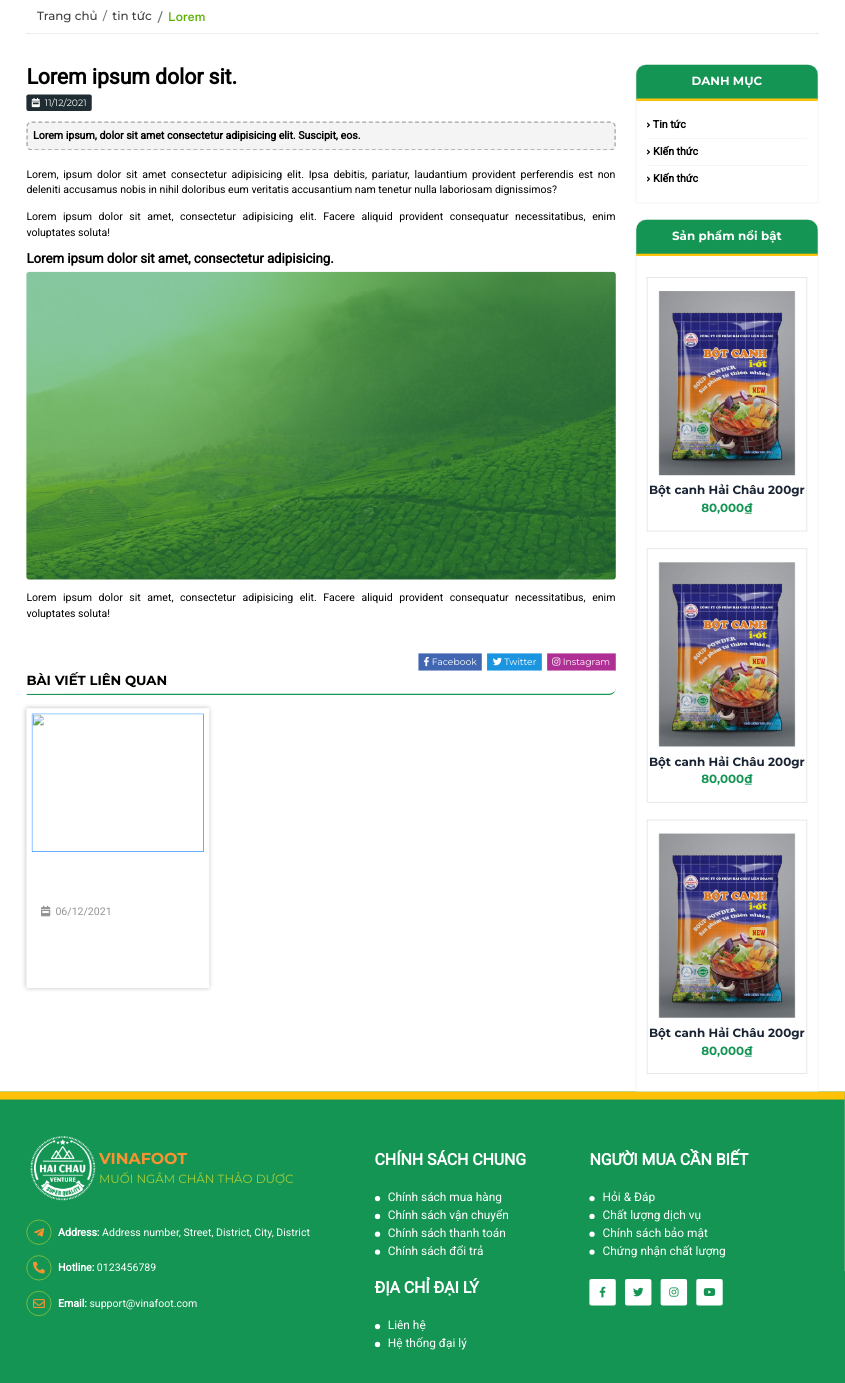
Repository: haianh12082001/VINAFOOT
Page: news-detail.html
The author's editor kept a copy of each file at every save. The page is drawn from the files as they stood at one save, then again after the next save.
The browser window is 1280 px wide. The pictures show the whole page, at 66% of full size.
Some web libraries are served in a nearby version.

Above is the page before, as saved 2021-12-12 20:58:21.

After the next save:
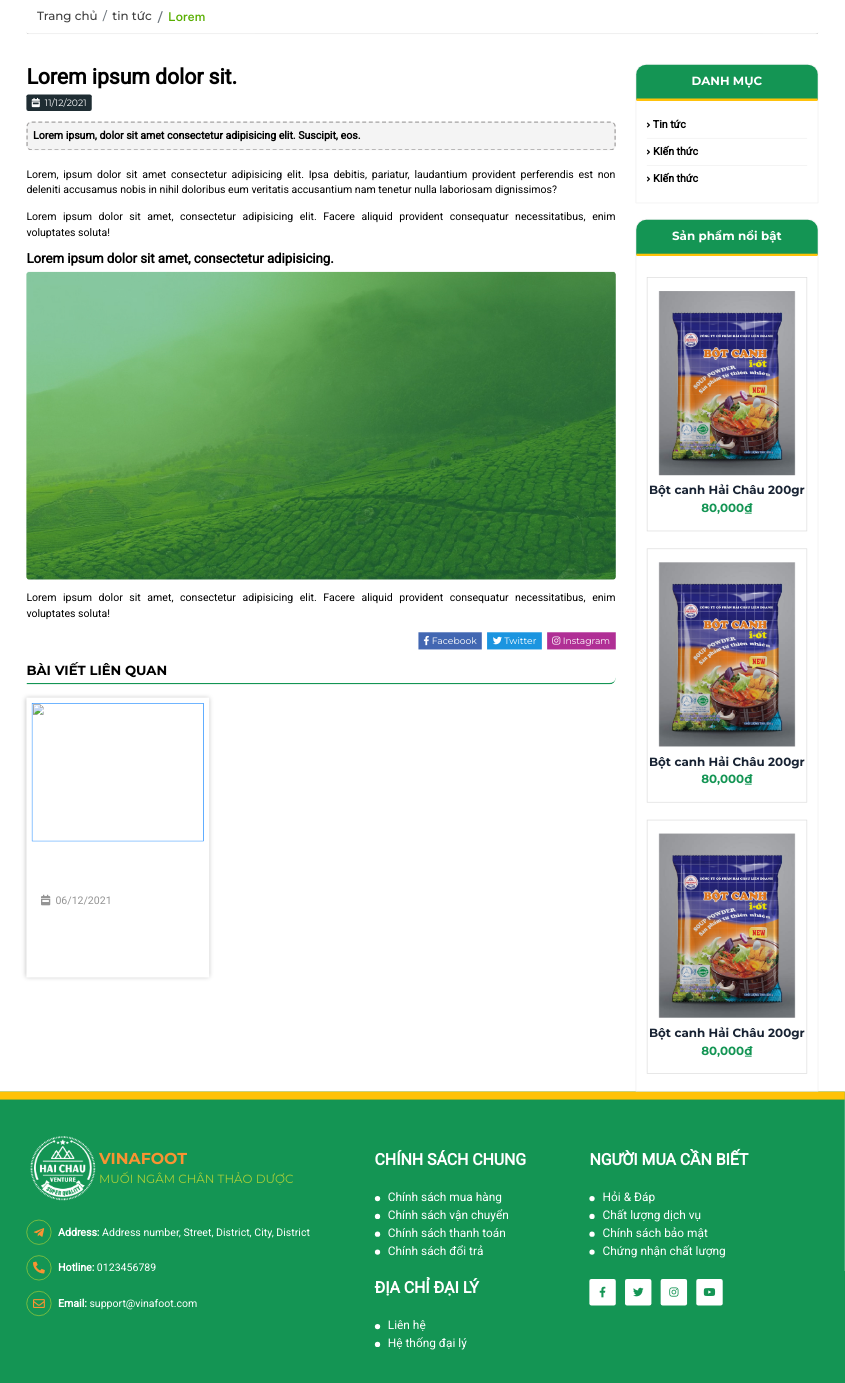
Saved 87 s later.
--- a/news-detail.html
+++ b/news-detail.html
@@ -38,46 +38,48 @@
                             11/12/2021
                         </div>
                         <div class="sapo-detail mb-2">Lorem ipsum, dolor sit amet consectetur adipisicing elit. Suscipit, eos.</div>
-                        <div class="content-detail py-3">
-                            <p>
-                                Lorem, ipsum dolor sit amet consectetur adipisicing elit. Ipsa debitis, pariatur, laudantium provident perferendis est non
-                                deleniti accusamus nobis in nihil doloribus eum veritatis accusantium nam tenetur nulla laboriosam dignissimos?
-                            </p>
-                            <p>
-                                Lorem ipsum dolor sit amet, consectetur adipisicing elit. Facere aliquid provident consequatur necessitatibus, enim voluptates
-                                soluta!
-                            </p>
-                            <h2>
-                                <strong>Lorem ipsum dolor sit amet, consectetur adipisicing.</strong>
-                            </h2>
-                            <p>
-                                <img src="./assets/img/intro/Group 349.jpg" alt="" />
-                            </p>
-                            <p>
-                                Lorem ipsum dolor sit amet, consectetur adipisicing elit. Facere aliquid provident consequatur necessitatibus, enim voluptates
-                                soluta!
-                            </p>
-                        </div>
-                        <ul class="share-social d-flex justify-content-end mt-3">
-                            <li>
-                                <button class="button btn-fb">
-                                    <i class="fab fa-facebook-f"></i>
-                                    Facebook
-                                </button>
-                            </li>
-                            <li>
-                                <button class="button btn-twitter">
-                                    <i class="fab fa-twitter"></i>
-                                    Twitter
-                                </button>
-                            </li>
-                            <li>
-                                <button class="button btn-instagram">
-                                    <i class="fab fa-instagram"></i>
-                                    Instagram
-                                </button>
-                            </li>
-                        </ul>
+                        <div class="py-3">
+                            <div class="content-detail">
+                                <p>
+                                    Lorem, ipsum dolor sit amet consectetur adipisicing elit. Ipsa debitis, pariatur, laudantium provident perferendis est non
+                                    deleniti accusamus nobis in nihil doloribus eum veritatis accusantium nam tenetur nulla laboriosam dignissimos?
+                                </p>
+                                <p>
+                                    Lorem ipsum dolor sit amet, consectetur adipisicing elit. Facere aliquid provident consequatur necessitatibus, enim
+                                    voluptates soluta!
+                                </p>
+                                <h2>
+                                    <strong>Lorem ipsum dolor sit amet, consectetur adipisicing.</strong>
+                                </h2>
+                                <p>
+                                    <img src="./assets/img/intro/Group 349.jpg" alt="" />
+                                </p>
+                                <p>
+                                    Lorem ipsum dolor sit amet, consectetur adipisicing elit. Facere aliquid provident consequatur necessitatibus, enim
+                                    voluptates soluta!
+                                </p>
+                            </div>
+                            <ul class="share-social d-flex justify-content-end mt-3">
+                                <li>
+                                    <button class="button btn-fb">
+                                        <i class="fab fa-facebook-f"></i>
+                                        Facebook
+                                    </button>
+                                </li>
+                                <li>
+                                    <button class="button btn-twitter">
+                                        <i class="fab fa-twitter"></i>
+                                        Twitter
+                                    </button>
+                                </li>
+                                <li>
+                                    <button class="button btn-instagram">
+                                        <i class="fab fa-instagram"></i>
+                                        Instagram
+                                    </button>
+                                </li>
+                            </ul>
+                        </div>
                         <div class="title-md">BÀI VIẾT LIÊN QUAN</div>
                         <div class="row mb-3">
                             <div class="col-lg-4 col-md-6 mb-lg-4 mb-3">
